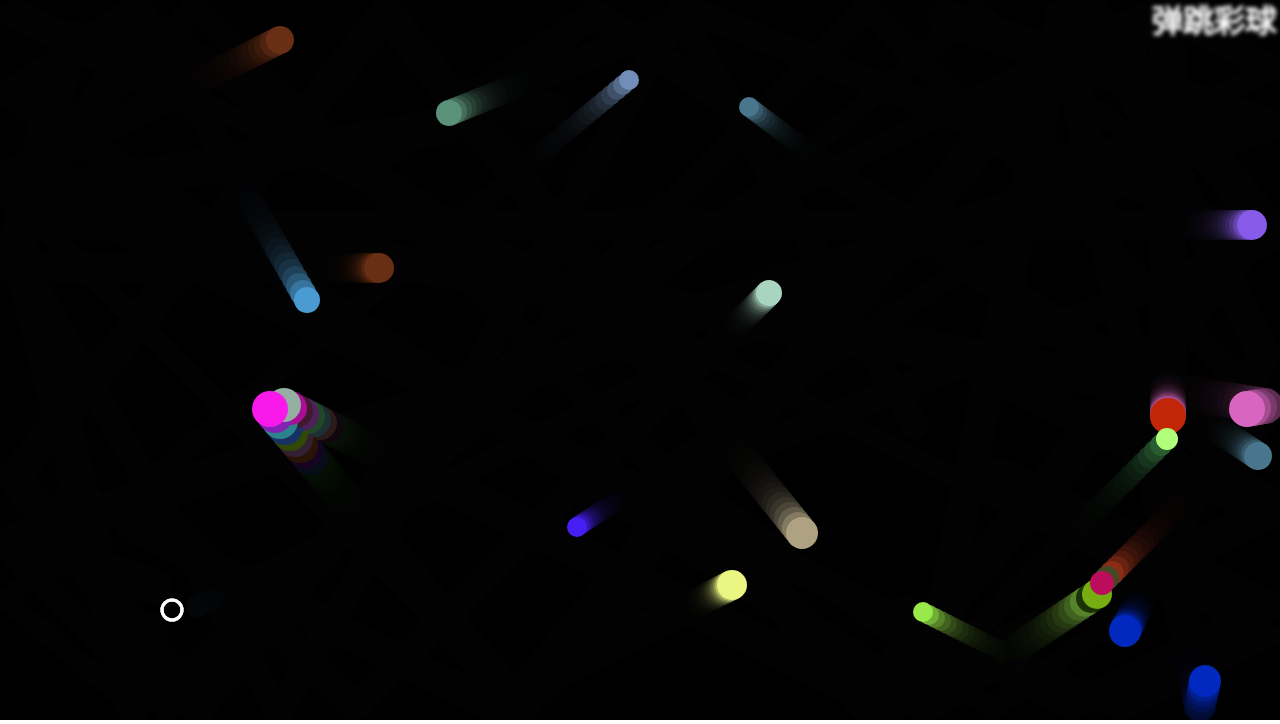
Repository: Valhally/web-projects
Page: sample-site/index.html
An editor plug-in stored every save of this project. The page is shown before and after the next save, followed by the edit.
The browser window is 1280 px wide. The pictures show the whole page.

Above is the page before, as saved 2021-08-23 22:05:52.

### sample-site/index.html
<!DOCTYPE html>
<html>
  <head>
    <meta charset="utf-8">
    <title>弹跳彩球</title>
    <link rel="stylesheet" href="resources/styles.css">
  </head>

  <body>
    <h1>弹跳彩球</h1>
    <p></p>
    <canvas></canvas>

    <script src="resources/main.js"></script>
  </body>
</html>

### sample-site/resources/styles.css
html, body {
    margin: 0;
  }

  html {
    font-family: sans-serif;
    height: 100%;
  }

  body {
    overflow: hidden;
    height: inherit;
  }

  h1 {
    font-size: 2rem;
    letter-spacing: -1px;
    position: absolute;
    margin: 0;
    top: -4px;
    right: 5px;

    color: transparent;
    text-shadow: 0 0 4px white;
  }

  p {
    position: absolute;
    margin: 0;
    top: 35px;
    right: 5px;
    color: #aaa;
  }

### sample-site/resources/main.js
// 设置画布

const canvas = document.querySelector('canvas');
const ctx = canvas.getContext('2d');

const width = canvas.width = window.innerWidth;
const height = canvas.height = window.innerHeight;

const para = document.querySelector('p');

function random(min,max) {
  const num = Math.floor(Math.random() * (max - min)) + min;
  return num;
}

function randomColor() {
  const color = 'rgb(' +
                random(0, 255) + ',' +
                random(0, 255) + ',' +
                random(0, 255) + ')';
  return color;
}

class Shape {
    constructor(x, y, velX, velY, exists) {
        this.x = x;
        this.y = y;
        this.velX = velX;
        this.velY = velY;
        this.exists = exists;
    }

    draw() {
        ctx.beginPath();
        ctx.fillStyle = this.color;
        ctx.arc(this.x, this.y, this.size, 0, 2 * Math.PI);
        ctx.fill();
    }

    update() {
        if((this.x + this.size) >= width) {
          this.velX = -(this.velX);
        }

        if((this.x - this.size) <= 0) {
          this.velX = -(this.velX);
        }

        if((this.y + this.size) >= height) {
          this.velY = -(this.velY);
        }

        if((this.y - this.size) <= 0) {
          this.velY = -(this.velY);
        }

        this.x += this.velX;
        this.y += this.velY;
    };

    collisionDetect() {
        for(let j = 0; j < balls.length; j++) {
            if(this !== balls[j]) {
              const dx = this.x - balls[j].x;
              const dy = this.y - balls[j].y;
              const distance = Math.sqrt(dx * dx + dy * dy);

              if (distance < this.size + balls[j].size) {
                balls[j].color = this.color = randomColor();
              }
            }
        }
    }
}

class Ball extends Shape {
    constructor(x, y, velX, velY, color, size, exists) {
        super(x, y, velX, velY, exists);
        this.color = color;
        this.size = size;
    }
}

class EvilCircle extends Shape {
    constructor(x, y, exists) {
        super(x, y, 20, 20, exists);
        this.color = 'white';
        this.size = 10;
    }

    draw() {
        ctx.beginPath();
        ctx.lineWidth = 3;
        ctx.strokeStyle = this.color;
        ctx.arc(this.x, this.y, this.size, 0, 2 * Math.PI);
        ctx.stroke();
    }

    checkBounds() {
        if((this.x + this.size) >= width) {
            this.x -= this.size;
          }

          if((this.x - this.size) <= 0) {
            this.x -= this.size;
          }

          if((this.y + this.size) >= height) {
            this.y -= this.size;
          }

          if((this.y - this.size) <= 0) {
            this.y -= this.size;
          }
    }

    setControls() {
        window.onkeydown = e => {
            switch(e.key) {
                case 'a':
                    this.x -= this.velX;
                    break;
                case 'd':
                    this.x += this.velX;
                    break;
                case 'w':
                    this.y -= this.velY;
                    break;
                case 's':
                    this.y += this.velY;
                    break;
            }
        }
    }

    collisionDetect() {
        for(let j = 0; j < balls.length; j++) {
            if(balls[j].exists) {
              const dx = this.x - balls[j].x;
              const dy = this.y - balls[j].y;
              const distance = Math.sqrt(dx * dx + dy * dy);

              if (distance < this.size + balls[j].size) {
                balls[j].exists = false;
              }
            }
        }
    }

}

let balls = [];
let evil = new EvilCircle(
    random(0 + 10, width - 10),
    random(0 + 10, height - 10),
    true
);
evil.setControls();

while(balls.length < 25) {
  const size = random(10,20);
  let ball = new Ball(
    random(0 + size, width - size),
    random(0 + size, height - size),
    random(-7, 7),
    random(-7, 7),
    randomColor(),
    size,
    true
  );
  balls.push(ball);
}

function loop() {
  ctx.fillStyle = 'rgba(0,0,0,0.25)';
  ctx.fillRect(0,0,width,height);

  let ballCount = 0;

  for(let i = 0; i < balls.length; i++) {
    if(!balls[i].exists) continue;
    balls[i].draw();
    balls[i].update();
    balls[i].collisionDetect();
  }

  evil.draw();
  evil.checkBounds();
  evil.collisionDetect();

  requestAnimationFrame(loop);
}

loop();

After the next save:
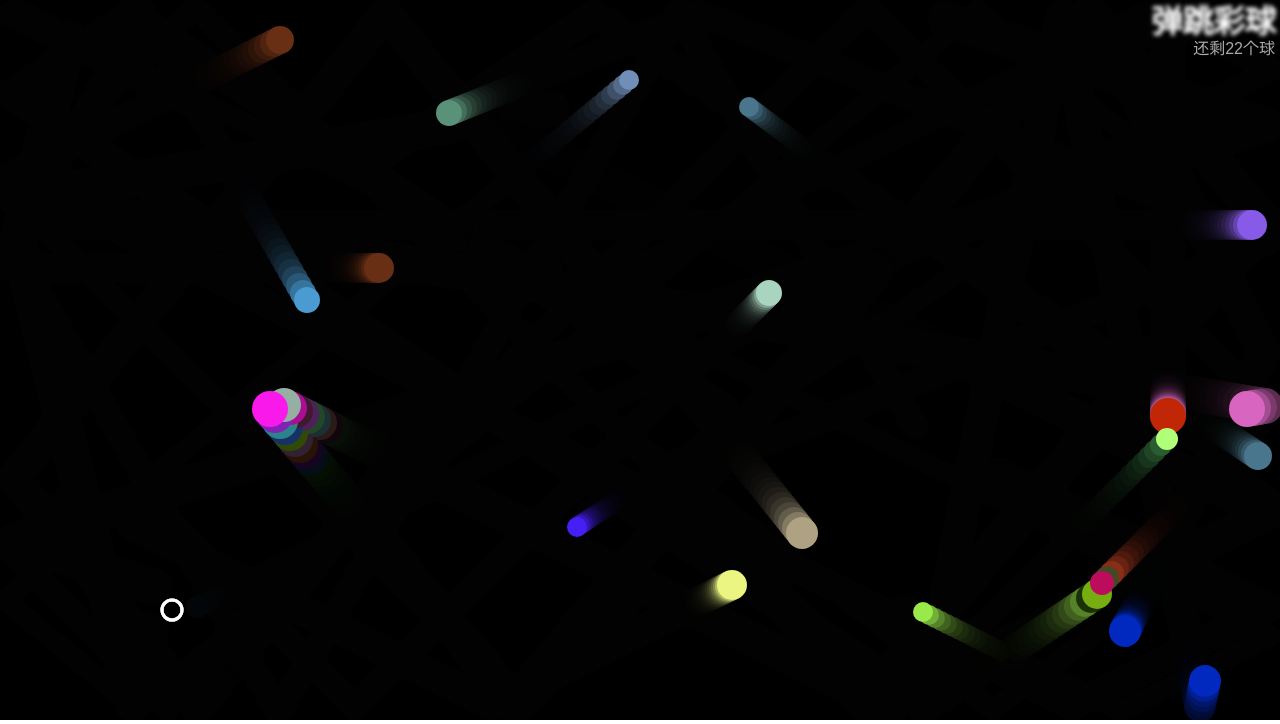
Saved 34 s later.
--- a/sample-site/resources/main.js
+++ b/sample-site/resources/main.js
@@ -182,12 +182,16 @@
     balls[i].draw();
     balls[i].update();
     balls[i].collisionDetect();
+
+    ballCount++;
   }
 
   evil.draw();
   evil.checkBounds();
   evil.collisionDetect();
 
+  para.textContent = '还剩' + ballCount + '个球';
+
   requestAnimationFrame(loop);
 }
 
